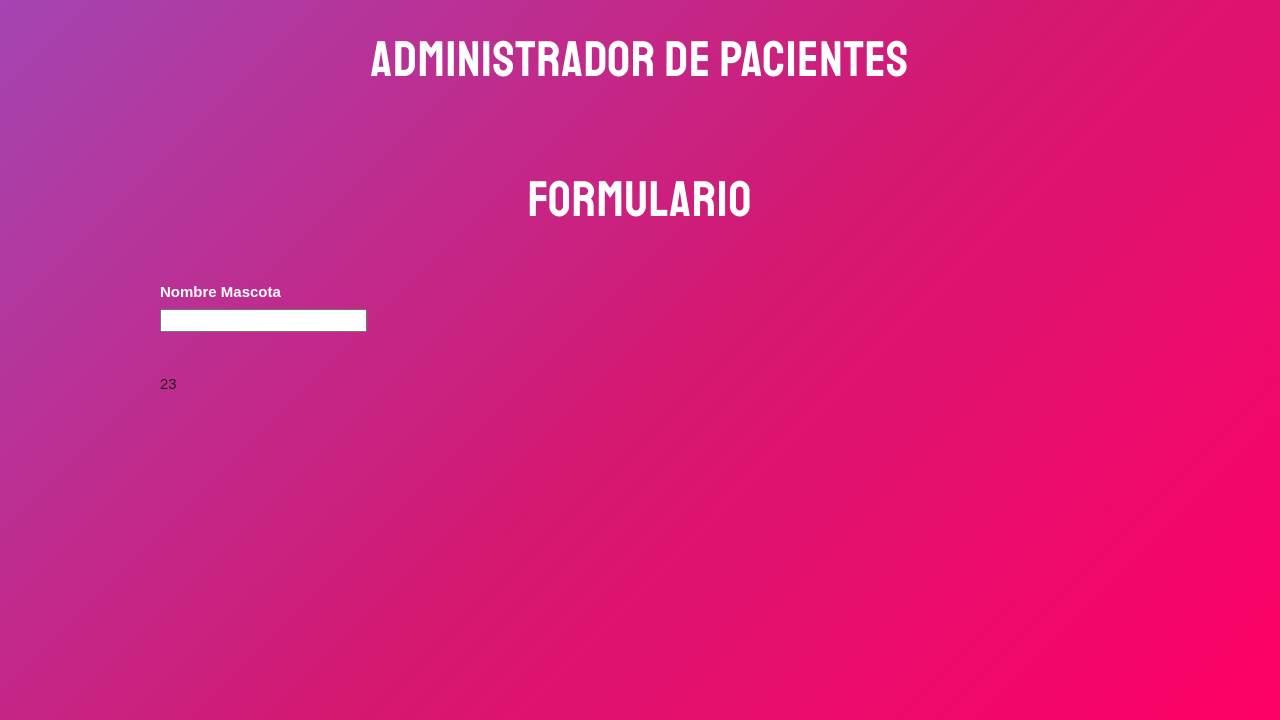
Repository: leonmezu1/react-jdlt
Page: /
An editor plug-in stored every save of this project. The page is shown before and after the next save, followed by the edit.
The browser window is 1280 px wide. The pictures show the whole page.
The project was rebuilt for these pictures with package versions that can differ from the ones it lists, and the page was loaded fresh each time.

Above is the page before, as saved 2020-10-05 08:40:38.

After the next save:
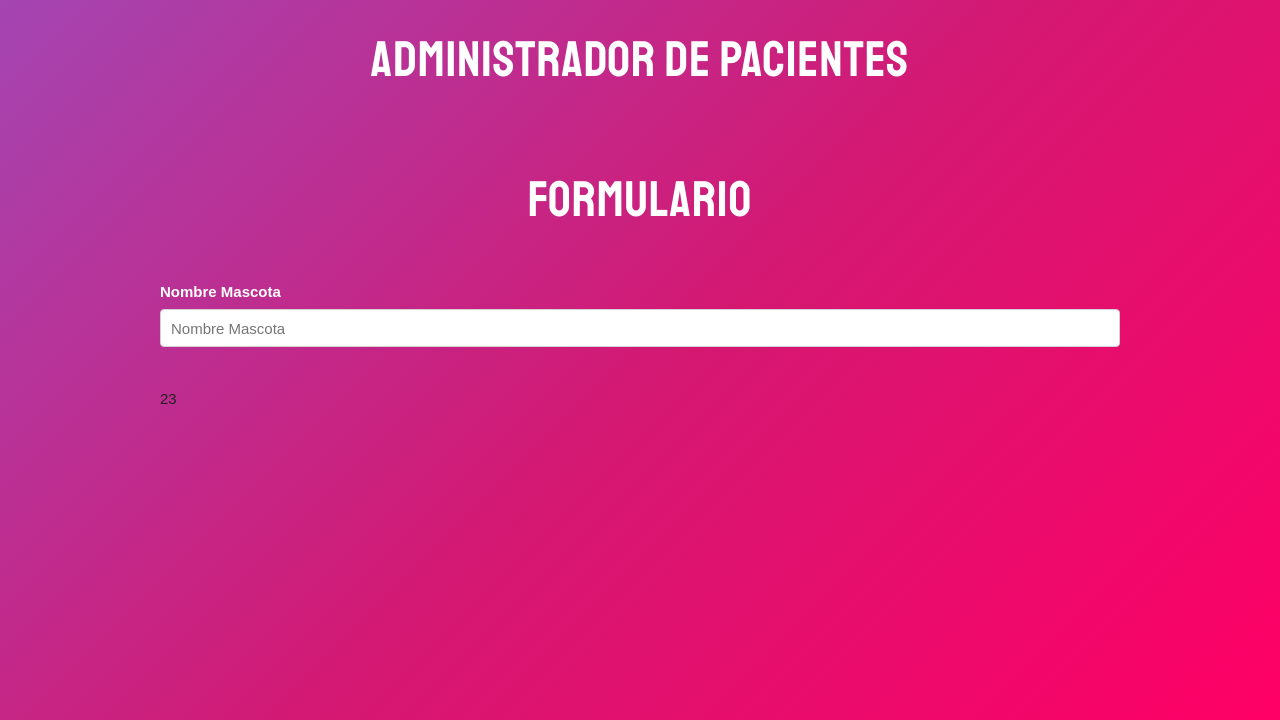
Saved 72 s later.
--- a/src/components/Formulario.js
+++ b/src/components/Formulario.js
@@ -12,7 +12,12 @@ export default class Formulario extends React.Component {
         <h1>Formulario</h1>
         <form>
           <label>Nombre Mascota</label>
-          <input />
+          <input
+            type="text"
+            name="mascota"
+            className="u-full-width"
+            placeholder="Nombre Mascota"
+          />
         </form>
       </Fragment>
     );
